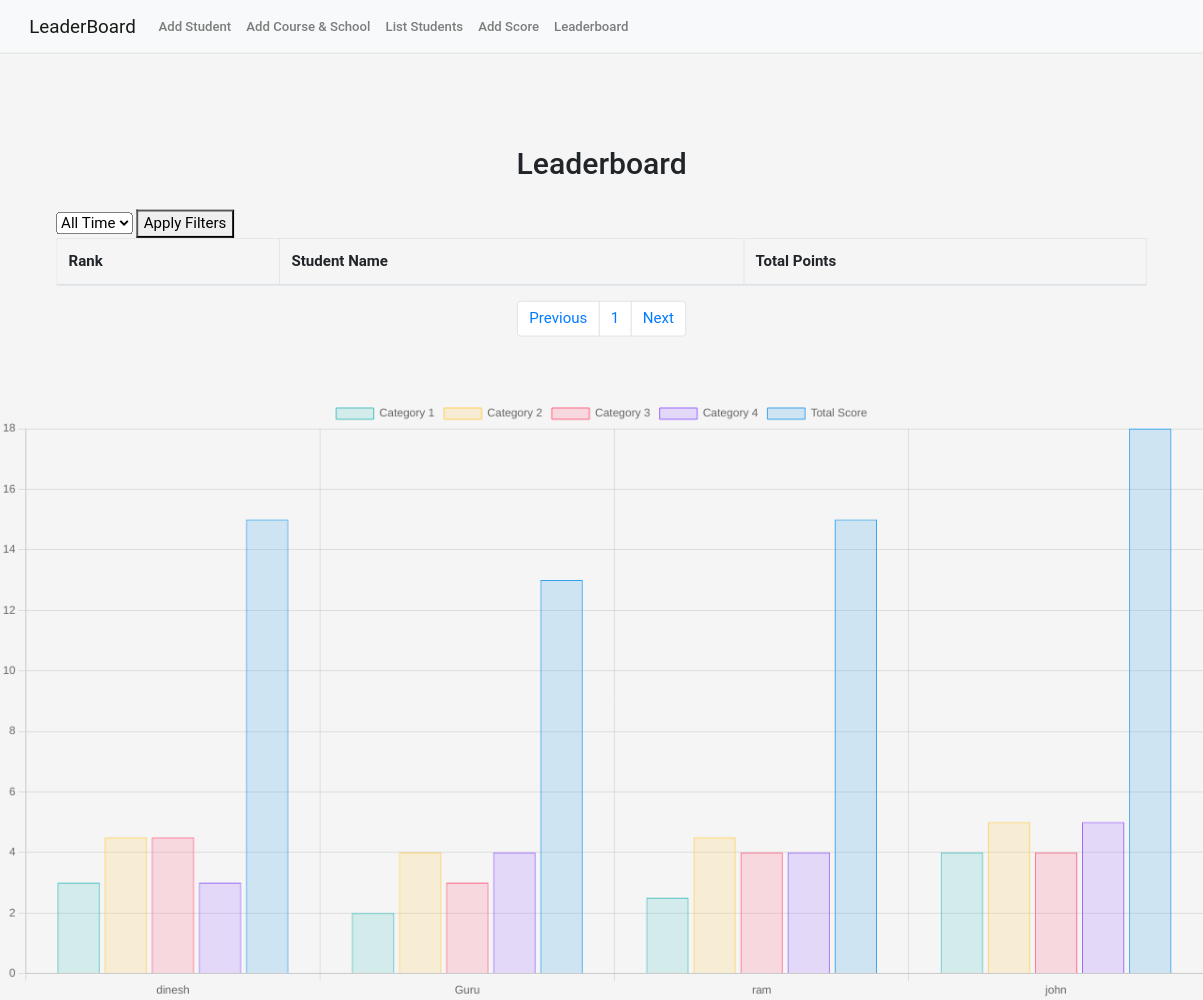
Repository: bigbodhiacademy/gBoard
Page: http://localhost/leaderboard.php?page=0
The author's editor kept a copy of each file at every save. The page is drawn from the files as they stood at one save, then again after the next save.
The browser window is 1280 px wide. The pictures show the whole page, at 94% of full size.
The page is run by PHP 8.4 with error messages shown; the project is at /var/www/html/. The database holds what the project's SQL file puts in it.

Above is the page before, as saved 2023-04-24 15:54:36.
Not found: scripts.js

### leaderboard.php
<?php require_once 'functions.php'; ?>
<?php
    $limit = 10; // Number of rows to display per page
    $currentPage = isset($_GET['page']) ? intval($_GET['page']) : 1;
    $offset = ($currentPage - 1) * $limit;
    $totalRows = getLeaderboardRowCount();
    $totalPages = ceil($totalRows / $limit);
?>
<?php include 'header.php'; ?>


<div class="container mt-5">
<h2 class="text-center">Leaderboard</h2>

<form id="leaderboardFilterForm">

<select name="interval" id="leaderboardInterval">
  <option value="all">All Time</option>
  <option value="monthly">Monthly</option>
  <option value="yearly">Yearly</option>
</select>
<select name="month" id="leaderboardMonth" style="display:none;">
  <option value="01">January</option>
  <option value="02">February</option>
  <option value="03">March</option>
  <option value="04">April</option>
  <option value="05">May</option>
  <option value="06">June</option>
  <option value="07">July</option>
  <option value="08">August</option>
  <option value="09">September</option>
  <option value="10">October</option>
  <option value="11">November</option>
  <option value="12">December</option>
</select>
<select name="year" id="leaderboardYear" style="display:none;">
  <option value="2023">2023</option>
  <option value="2022">2022</option>
  <option value="2021">2021</option>
  <!-- Add more years as needed -->
</select>
<button type="submit">Apply Filters</button>
</form>



<div class="table-responsive">
    <table class="table table-bordered table-striped" id="leaderboardTable">
        <thead>
            <tr>
                <th>Rank</th>
                <th>Student Name</th>
                <th>Total Points</th>
                <!--th>Average Score</th-->
            </tr>
        </thead>
        <tbody>
            <?php
            $rank = 1;
            // Get the selected categories from the form submission


            $leaderboardData = getLeaderboardData($offset, $limit);

            while ($row = $leaderboardData->fetch_assoc()):
            ?>
                <tr>
                    <th scope="row"><?php echo $rank; ?></th>
                    <td><?php echo $row['name']; ?> <?php //echo getBadgeForRank($rank); ?></td>
                    <td><?php echo $row['total_points']; ?></td>

                </tr>
            <?php
            $rank++;
            endwhile;
            ?>
        </tbody>


    </table>

    <!-- Add pagination links -->
    <nav aria-label="Page navigation">
    <ul class="pagination justify-content-center">
    <li class="page-item <?php if ($currentPage == 1) echo 'disabled'; ?>">
                <a class="page-link" href="?page=<?php echo $currentPage - 1; ?>" tabindex="-1" aria-disabled="true">Previous</a>
            </li>
            <?php for ($i = 1; $i <= $totalPages; $i++): ?>
                <li class="page-item <?php if ($i == $currentPage) echo 'active'; ?>"><a class="page-link" href="?page=<?php echo $i; ?>"><?php echo $i; ?></a></li>
            <?php endfor; ?>
            <li class="page-item <?php if ($currentPage == $totalPages) echo 'disabled'; ?>">
                <a class="page-link" href="?page=<?php echo $currentPage + 1; ?>">Next</a>
            </li>
        </ul>
    </nav>





</div>
</div>




<!-- Add this line in the head section of your HTML file -->
<script src="https://cdn.jsdelivr.net/npm/chart.js"></script>
<!-- Add this line in the body section of your HTML file -->
<canvas id="studentScoresChart"></canvas>
<?php
  // Fetch student names and their average scores in each category from your database
  $studentsData = getStudentNamesAndAverageScores();
  $labels = [];
  $category1Data = [];
  $category2Data = [];
  $category3Data = [];
  $category4Data = [];
  $totalScoreData = []; // Add this line to store total scores

  foreach ($studentsData as $studentData) {
    $labels[] = $studentData['name'];
    $category1Data[] = $studentData['category1_avg'];
    $category2Data[] = $studentData['category2_avg'];
    $category3Data[] = $studentData['category3_avg'];
    $category4Data[] = $studentData['category4_avg'];
    $totalScoreData[] = $studentData['category1_avg'] + $studentData['category2_avg'] + $studentData['category3_avg'] + $studentData['category4_avg']; // Calculate and store total score
  }
?>


<script>
  document.addEventListener('DOMContentLoaded', function() {
  const intervalSelect = document.getElementById('leaderboardInterval');
  const monthInput = document.getElementById('leaderboardMonth');
  const yearInput = document.getElementById('leaderboardYear');

  intervalSelect.addEventListener('change', function() {
    if (this.value === 'monthly') {
      monthInput.style.display = 'inline';
      yearInput.style.display = 'none';
    } else if (this.value === 'yearly') {
      monthInput.style.display = 'none';
      yearInput.style.display = 'inline';
    } else {
      monthInput.style.display = 'none';
      yearInput.style.display = 'none';
    }
  });
});


  createStudentScoresChart(
    <?php echo json_encode($labels); ?>,
    <?php echo json_encode($category1Data); ?>,
    <?php echo json_encode($category2Data); ?>,
    <?php echo json_encode($category3Data); ?>,
    <?php echo json_encode($category4Data); ?>,
    <?php echo json_encode($totalScoreData); ?> // Pass total score data
  );

  //createStudentScoresChart(labels, category1Data, category2Data, category3Data, category4Data);

  function createStudentScoresChart(labels, category1Data, category2Data, category3Data, category4Data, totalScoreData) {
  const ctx = document.getElementById('studentScoresChart').getContext('2d');
  new Chart(ctx, {
    type: 'bar',
    data: {
      labels: labels,
      datasets: [
        {
          label: 'Category 1',
          data: category1Data,
          backgroundColor: 'rgba(75, 192, 192, 0.2)',
          borderColor: 'rgba(75, 192, 192, 1)',
          borderWidth: 1
        },
        {
          label: 'Category 2',
          data: category2Data,
          backgroundColor: 'rgba(255, 206, 86, 0.2)',
          borderColor: 'rgba(255, 206, 86, 1)',
          borderWidth: 1
        },
        {
          label: 'Category 3',
          data: category3Data,
          backgroundColor: 'rgba(255, 99, 132, 0.2)',
          borderColor: 'rgba(255, 99, 132, 1)',
          borderWidth: 1
        },
        {
          label: 'Category 4',
          data: category4Data,
          backgroundColor: 'rgba(153, 102, 255, 0.2)',
          borderColor: 'rgba(153, 102, 255, 1)',
          borderWidth: 1
        },
        {
          label: 'Total Score',
          data: totalScoreData,
          backgroundColor: 'rgba(54, 162, 235, 0.2)',
          borderColor: 'rgba(54, 162, 235, 1)',
          borderWidth: 1
        }
      ]
    },
    options: {
      scales: {
        y: {
          beginAtZero: true
        }
      }
    }
  });
}

document.getElementById('leaderboardFilterForm').addEventListener('submit', function (event) {
  event.preventDefault();

  const interval = document.getElementById('leaderboardInterval').value;
  const month = document.getElementById('leaderboardMonth').value;
  const year = document.getElementById('leaderboardYear').value;

  // Make an AJAX request to fetch the leaderboard data based on the selected interval and categories
  const xhr = new XMLHttpRequest();
  xhr.onreadystatechange = function() {
    if (this.readyState === 4 && this.status === 200) {
      console.log("Server response:", this.responseText);
      const leaderboardData = JSON.parse(this.responseText);
      updateLeaderboardTable(leaderboardData);
    }
  };

  const offset = 0; // Or any other value for pagination
  const limit = 10; // Or any other value for the number of rows per page


  xhr.open("POST", "fetch_leaderboard_data.php", true);
  xhr.setRequestHeader("Content-Type", "application/x-www-form-urlencoded");
  xhr.send(`interval=${interval}&month=${month}&year=${year}&offset=${offset}&limit=${limit}`);

});


function updateLeaderboardTable(leaderboardData) {
  const tableBody = document.querySelector('#leaderboardTable tbody');
  tableBody.innerHTML = '';
  index=1;
  for (const row of leaderboardData) {
    const tr = document.createElement('tr');
    tr.innerHTML = `
      <td>${index}</td>
      <td>${row.name}</td>
      <td>${row.total_points}</td>

    `;
    tableBody.appendChild(tr);
    index +=1;
  }
}



</script>





<?php include 'footer.php'; ?>

### db_connection.php
<?php
$servername = "localhost"; // Replace with your MySQL server address if it's not "localhost"
$username = "root"; // Replace with your MySQL username
$password = ""; // Replace with your MySQL password
$dbname = "leaderboard4";

// Create connection
$conn = new mysqli($servername, $username, $password, $dbname);

// Check connection
if ($conn->connect_error) {
  die("Connection failed: " . $conn->connect_error);
}
?>

### header.php
<!DOCTYPE html>
<html lang="en">

<head>
    <meta charset="UTF-8">
    <meta name="viewport" content="width=device-width, initial-scale=1.0">
    <title>LeaderBoard</title>
    <link href="https://cdn.jsdelivr.net/npm/bootstrap@5.1.3/dist/css/bootstrap.min.css" rel="stylesheet">
    <link rel="stylesheet" href="https://maxcdn.bootstrapcdn.com/bootstrap/4.5.2/css/bootstrap.min.css">
    <script src="https://ajax.googleapis.com/ajax/libs/jquery/3.5.1/jquery.min.js"></script>
    <script src="https://cdnjs.cloudflare.com/ajax/libs/popper.js/1.16.0/umd/popper.min.js"></script>
    <script src="https://maxcdn.bootstrapcdn.com/bootstrap/4.5.2/js/bootstrap.min.js"></script>
    <link href="https://maxcdn.bootstrapcdn.com/font-awesome/4.7.0/css/font-awesome.min.css" rel="stylesheet" />

    <link rel="stylesheet" href="styles.css">
    <script src="scripts.js"></script>
</head>

<body>
    <nav class="navbar navbar-expand-lg navbar-light bg-light">
        <div class="container-fluid">
            <a class="navbar-brand" href="index.php">LeaderBoard</a>
            <button class="navbar-toggler" type="button" data-bs-toggle="collapse" data-bs-target="#navbarNav" aria-controls="navbarNav" aria-expanded="false" aria-label="Toggle navigation">
                <span class="navbar-toggler-icon"></span>
            </button>
            <div class="collapse navbar-collapse" id="navbarNav">
                <ul class="navbar-nav">
                    <li class="nav-item">
                        <a class="nav-link" href="add_student.php">Add Student</a>
                    </li>
                    <li class="nav-item">
                        <a class="nav-link" href="add_school_course.php">Add Course & School</a>
                    </li>
                    <li class="nav-item">
                        <a class="nav-link" href="list_students.php">List Students</a>
                    </li>
                    <li class="nav-item">
                        <a class="nav-link" href="add_score.php">Add Score</a>
                    </li>
                    <li class="nav-item">
                        <a class="nav-link" href="leaderboard.php">Leaderboard</a>
                    </li>
                </ul>
            </div>
        </div>
    </nav>

### footer.php
<script src="https://code.jquery.com/jquery-3.6.0.min.js"></script>
    <script src="https://cdn.jsdelivr.net/npm/@popperjs/core@2.11.6/dist/umd/popper.min.js"></script>
    <script src="https://cdn.jsdelivr.net/npm/bootstrap@5.1.3/dist/js/bootstrap.min.js"></script>
    <script src="script.js"></script>
</body>

</html>

### styles.css
body {
    font-family: 'Roboto', sans-serif;
    background-color: #f5f5f5;
}

.container {
    max-width: 1200px;
    margin: 0 auto;
    padding: 50px 20px;
}

h2 {
    font-weight: 500;
    margin-bottom: 30px;
}

.btn {
    border-radius: 5px;
}

.navbar {
    border-bottom: 1px solid #e0e0e0;
}

.nav-link {
    font-size: 14px;
    font-weight: 500;
}

.form-group {
    margin-bottom: 20px;
}

.table {
    background-color: #fff;
    border-radius: 5px;
}

.table thead {
    background-color: #f5f5f5;
}
.stars {
    font-size: 24px;
    color: gray;
    display: inline-block;
    position: relative;
    padding: 0;
    cursor: pointer;
}

.stars:before {
    /*content: '\f006 \f006 \f006 \f006 \f006';*/
    font-family: FontAwesome;
}

.stars>input {
    display: none;
}

.stars:hover:before,
.stars:hover ~ .stars:before,
.stars input:checked ~ .stars:before {
    color: gold;
    text-shadow: 0 0 5px rgba(255, 215, 0, 0.8);
}

### leaderboard4.sql (the tables this page reads)
CREATE TABLE `leaderboard` (
  `id` int(11) NOT NULL,
  `student_id` int(11) DEFAULT NULL,
  `total_points` int(11) DEFAULT NULL,
  `average_score` float DEFAULT NULL
) ENGINE=InnoDB DEFAULT CHARSET=utf8mb4;

INSERT INTO `leaderboard` (`id`, `student_id`, `total_points`, `average_score`) VALUES
(9, 19, 30, 15),
(10, 23, 13, 13),
(19, 24, 30, 15),
(32, 25, 18, 18);

ALTER TABLE `leaderboard`
  ADD PRIMARY KEY (`id`),
  ADD UNIQUE KEY `student_id` (`student_id`);

ALTER TABLE `leaderboard`
  MODIFY `id` int(11) NOT NULL AUTO_INCREMENT, AUTO_INCREMENT=33;

ALTER TABLE `leaderboard`
  ADD CONSTRAINT `leaderboard_ibfk_1` FOREIGN KEY (`student_id`) REFERENCES `students` (`id`);

CREATE TABLE `scores` (
  `id` int(11) NOT NULL,
  `student_id` int(11) NOT NULL,
  `date` date NOT NULL,
  `category1` int(11) NOT NULL,
  `category2` int(11) NOT NULL,
  `category3` int(11) NOT NULL,
  `category4` int(11) NOT NULL
) ENGINE=InnoDB DEFAULT CHARSET=utf8mb4;

INSERT INTO `scores` (`id`, `student_id`, `date`, `category1`, `category2`, `category3`, `category4`) VALUES
(4, 19, '2023-04-20', 2, 5, 5, 3),
(5, 19, '2023-04-11', 4, 4, 4, 3),
(8, 23, '2022-08-23', 2, 4, 3, 4),
(9, 24, '2023-04-20', 3, 4, 3, 4),
(10, 24, '2023-02-15', 2, 5, 5, 4),
(11, 25, '2023-04-24', 4, 5, 4, 5);

ALTER TABLE `scores`
  ADD PRIMARY KEY (`id`),
  ADD KEY `student_id` (`student_id`);

ALTER TABLE `scores`
  MODIFY `id` int(11) NOT NULL AUTO_INCREMENT, AUTO_INCREMENT=12;

ALTER TABLE `scores`
  ADD CONSTRAINT `scores_ibfk_1` FOREIGN KEY (`student_id`) REFERENCES `students` (`id`);

CREATE TABLE `students` (
  `id` int(11) NOT NULL,
  `name` varchar(255) NOT NULL,
  `email` varchar(255) NOT NULL,
  `course_id` int(11) NOT NULL,
  `school_id` int(11) NOT NULL
) ENGINE=InnoDB DEFAULT CHARSET=utf8mb4;

INSERT INTO `students` (`id`, `name`, `email`, `course_id`, `school_id`) VALUES
(19, 'dinesh', 'eng@gm', 1, 2),
(23, 'Guru', 'DFI@jf', 2, 1),
(24, 'ram', 'sde@gsh', 1, 1),
(25, 'john', 'hhui@ggjlk', 1, 1);

ALTER TABLE `students`
  ADD PRIMARY KEY (`id`),
  ADD KEY `course_id` (`course_id`),
  ADD KEY `school_id` (`school_id`);

ALTER TABLE `students`
  MODIFY `id` int(11) NOT NULL AUTO_INCREMENT, AUTO_INCREMENT=26;

ALTER TABLE `students`
  ADD CONSTRAINT `students_ibfk_1` FOREIGN KEY (`course_id`) REFERENCES `courses` (`id`),
  ADD CONSTRAINT `students_ibfk_2` FOREIGN KEY (`school_id`) REFERENCES `schools` (`id`);

Loaded but not shown: script.js (9 lines, source omitted); functions.php (542 lines, source omitted)

After the next save:
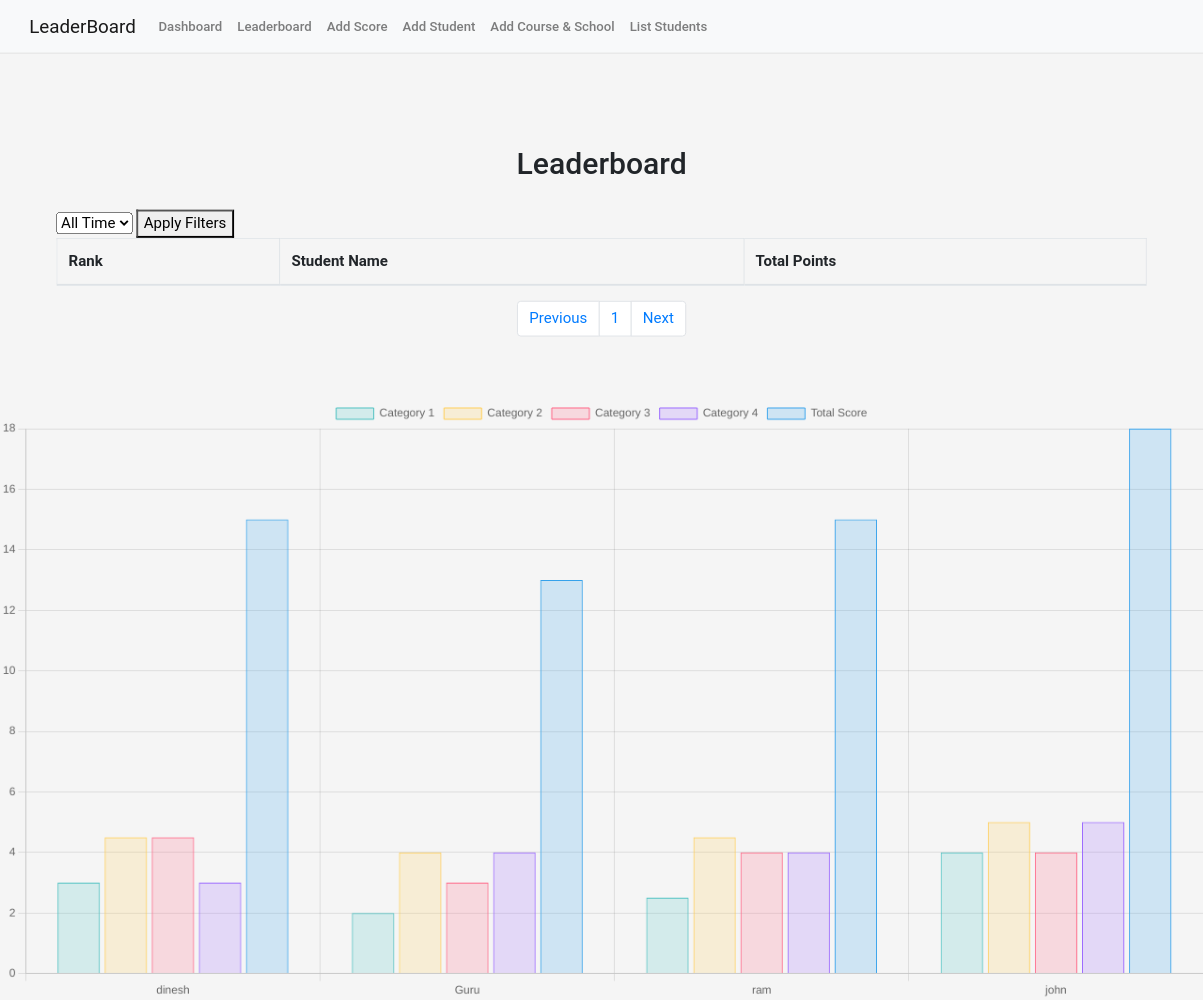
Saved 12 min 51 s later.
--- a/header.php
+++ b/header.php
@@ -26,6 +26,15 @@
             <div class="collapse navbar-collapse" id="navbarNav">
                 <ul class="navbar-nav">
                     <li class="nav-item">
+                        <a class="nav-link" href="dashboard.php">Dashboard</a>
+                    </li>
+                    <li class="nav-item">
+                        <a class="nav-link" href="leaderboard.php">Leaderboard</a>
+                    </li>
+                    <li class="nav-item">
+                        <a class="nav-link" href="add_score.php">Add Score</a>
+                    </li>
+                    <li class="nav-item">
                         <a class="nav-link" href="add_student.php">Add Student</a>
                     </li>
                     <li class="nav-item">
@@ -34,12 +43,8 @@
                     <li class="nav-item">
                         <a class="nav-link" href="list_students.php">List Students</a>
                     </li>
-                    <li class="nav-item">
-                        <a class="nav-link" href="add_score.php">Add Score</a>
-                    </li>
-                    <li class="nav-item">
-                        <a class="nav-link" href="leaderboard.php">Leaderboard</a>
-                    </li>
+
+
                 </ul>
             </div>
         </div>
